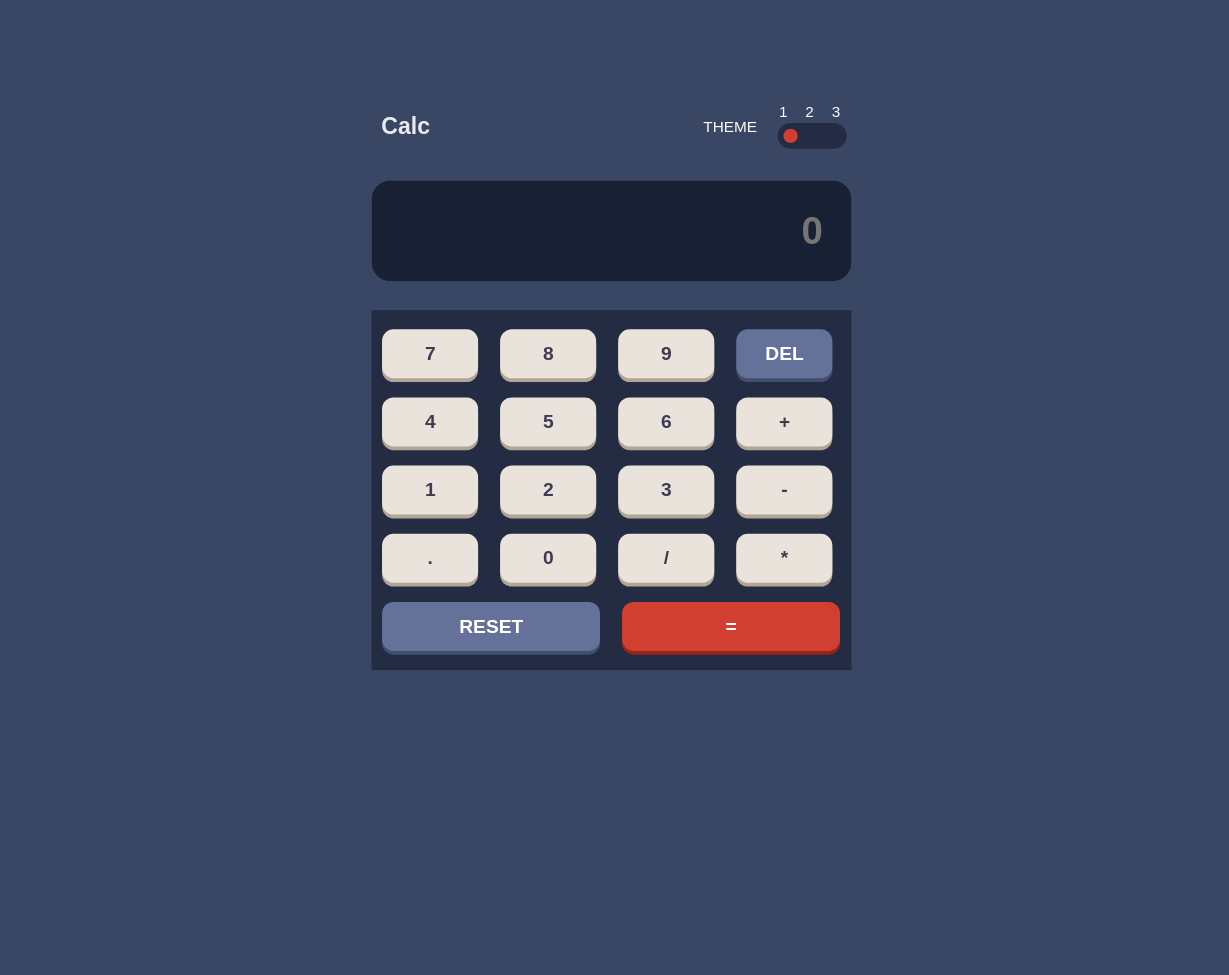
Repository: Bakyproit/Calcutor
Page: index.html
These files come from the project's save history. The page is drawn as it stood at one moment and after the next save; the edit follows.
The browser window is 1280 px wide. The pictures show the whole page, at 96% of full size.

Above is the page before, as saved 2022-02-11 16:45:27.

### index.html
<!DOCTYPE html>
<html lang="en">
<head>
    <meta charset="UTF-8">
    <meta http-equiv="X-UA-Compatible" content="IE=edge">
    <meta name="viewport" content="width=device-width, initial-scale=1.0">
    <title>SimpleCalculatorApp</title>
    <link rel="stylesheet" href="./App.css">

</head>
<body>
    <div class="container">
        <div class="app">
            <div class="app__title">
                <h1 class="app__title-name">Calc</h1>
                <div class="app__title-theme">
                    <p class="app__title-theme-name">THEME</p>
                    <div class="app__title-theme-box">
                        <div class="app__title-theme-box-number">
                            <span class="app__title-theme-box-number-1">1</span>
                            <span class="app__title-theme-box-number-2">2</span>
                            <span class="app__title-theme-box-number-3">3</span>
                        </div>
                        <div class="app__title-theme-box-toggle" >
                            <label for="toggle-input" class="toggle">
                                <input type="checkbox" id="toggle-input" class="toggle__checkbox">
                                <div class="toggle__bar" id="bgBar">
                                    <div class="toggle__spin"></div>
                                </div>
                            </label>
                        </div>
                    </div>
                </div>
            </div>

            <div class="app__result">
                <input type="text" class="app__result-output" placeholder="0" value="" id="result">
                <!-- <h1 class="app__result-number">399,981</h1> -->
            </div>

            <div class="app__content" id="newBack">
                <div class="app__content-number">
                    <div class="button" onclick="numShow('7')">
                        <span class="number">7</span>
                    </div>
                    <div class="button" onclick="numShow('8')">
                        <span class="number">8</span>
                    </div>
                    <div class="button" onclick="numShow('9')">
                        <span class="number">9</span>
                    </div>
                    <div class="button button-del" onclick="del()">
                        <span class="number number-del">DEL</span>
                    </div>

                    <div class="button" onclick="numShow('4')">
                        <span class="number">4</span>
                    </div>
                    <div class="button" onclick="numShow('5')">
                        <span class="number">5</span>
                    </div>
                    <div class="button" onclick="numShow('6')">
                        <span class="number">6</span>
                    </div>
                    <div class="button" onclick="numShow('+')">
                        <span class="number">+</span>
                    </div>

                    <div class="button" onclick="numShow('1')">
                        <span class="number">1</span>
                    </div>
                    <div class="button" onclick="numShow('2')">
                        <span class="number">2</span>
                    </div>
                    <div class="button" onclick="numShow('3')">
                        <span class="number">3</span>
                    </div>
                    <div class="button" onclick="numShow('-')">
                        <span class="number">-</span>
                    </div>

                    <div class="button" onclick="numShow('.')">
                        <span class="number">.</span>
                    </div>
                    <div class="button" onclick="numShow('0')">
                        <span class="number">0</span>
                    </div>
                    <div class="button" onclick="numShow('/')">
                        <span class="number">/</span>
                    </div>
                    <div class="button" onclick="numShow('*')">
                        <span class="number">*</span>
                    </div>

                    <div class="app__content-number-footer">
                        <div class="button button-reset" onclick="clearAll()">
                            <span class="number number-reset">RESET</span>
                        </div>
                        <div class="button button-return" onclick="calcutor()">
                            <span class="number number-return">=</span>
                        </div>
                    </div>
                </div>
            </div>
        </div>
    </div>

    <script src="./app.js"></script>
</body>
</html>

### App.css
html{
    font-family:Arial, Helvetica, sans-serif ;
    box-sizing: border-box;
    padding: 0;
    margin: 0;
}
h1{
    margin: 0;
}
body{
    background-color: hsl(222, 26%, 31%);
}

.container{
    width: 100%;
    min-height: 1000px;
    position: relative;
}
.app{
    width: 500px;
    position:absolute ;
    top:100px ;
    left:30%;

}
.app__title{
    display: flex;
    justify-content:space-between;

}
.app__title-name{
    color : #e9ebf0 ;
    font-size: 24px;
    padding: 10px;
}
.app__title-theme{
    display: flex;
}
.app__title-theme-name{
    color :20px ;
    color:#fcfeff ;
    margin-right: 16px;
}
.app__title-theme-box{
    display: flex;
    flex-direction: column;
    padding-right: 5px;
}
.app__title-theme-box-number{
    color : #f8ffff ;
}
.app__title-theme-box-number-1{
    padding: 0 7px;
}
.app__title-theme-box-number-2{
    padding: 0 7px;

}
.app__title-theme-box-number-3{
    padding: 0 7px;

}
.app__title-theme-box-toggle{
    padding-top: 2px;
    padding-left: 5px;
}
.toggle__checkbox{
    display: none;
}
.toggle__bar{
    width: 60px;
    height: 15px;
    background-color: hsl(223, 31%, 20%);
    border-radius: 5rem;
    /* transition: background-color 4s linear; */
    padding: 6px;
    cursor: pointer;
}
.toggle__spin{
    width: 15px;
    height: 15px;
    background-color:  hsl(6, 63%, 50%);
    border-radius: 15px;
    transition: transform .2s linear;
    cursor: pointer;
}
.toggle__checkbox:checked ~ .toggle__bar{
    background-color: #d3cdcd;
}
.toggle__checkbox:checked + .toggle__bar .toggle__spin {
    transform: translateX(1.3rem);
}


.app__result{
    margin:30px 0;
    border-radius: 20px;
    overflow: hidden;

}
.app__result-output{
    box-sizing: border-box;
    width: 500px;
    outline: none;
    border: none;
    background-color: hsl(224, 36%, 15%);
    color: rgb(248, 244, 244) ;
    font-weight: 700;
    text-align: end;
    padding: 30px;
    font-size: 40px;
}


.app__content{
    background-color:hsl(223, 31%, 20%);
}
.app__content-number{
    display: flex;
    flex-wrap: wrap;
}
.button{
    width: 20%;
    height: 51px;
    background-color: #eae3db;
    margin: 20px 12px 0 11px;
    display: flex;
    justify-content: center;
    align-items: center;
    border-radius: 12px ;
    box-shadow: 0px 4px #b2a594 ;
    cursor: pointer;
}
.number{
    color: #3d3b51;
    font-size: 20px;
    font-weight: 800;
}
.app__content-number-footer{
    margin-bottom: 20px;
    width: 100%;
    display: flex;

}
.button-reset{
    flex: 1 ;
}
.button-del ,
.button-reset{
    background-color: #647299 ;
    box-shadow: 0px 4px #414e70 ;
}
.button-return{
    flex: 1 ;
    background-color:  hsl(6, 63%, 50%) ;
    box-shadow: 0px 4px hsl(6, 70%, 34%) ;
}
.number-reset,
.number-return,
.number-del{
    color : #fff ;
    font-weight: 600;
}

### app.js

let result = document.getElementById("result") ;
function numShow(num){
    result.value += num ;
}
function clearAll(){
    result.value = "" ;
}
function del() {
    result.value = result.value.slice(0,-1);
    //
}
function calcutor(){
    let x = result.value ;
    let y = eval(x) ;
    result.value = y ;
}



const boxToggle = document.querySelector(".app__title-theme-box-toggle");
const newBack = document.querySelector("#newBack");

boxToggle.onclick = function() {
    newBack.style.background = "#d3cdcd" ;
};

After the next save:
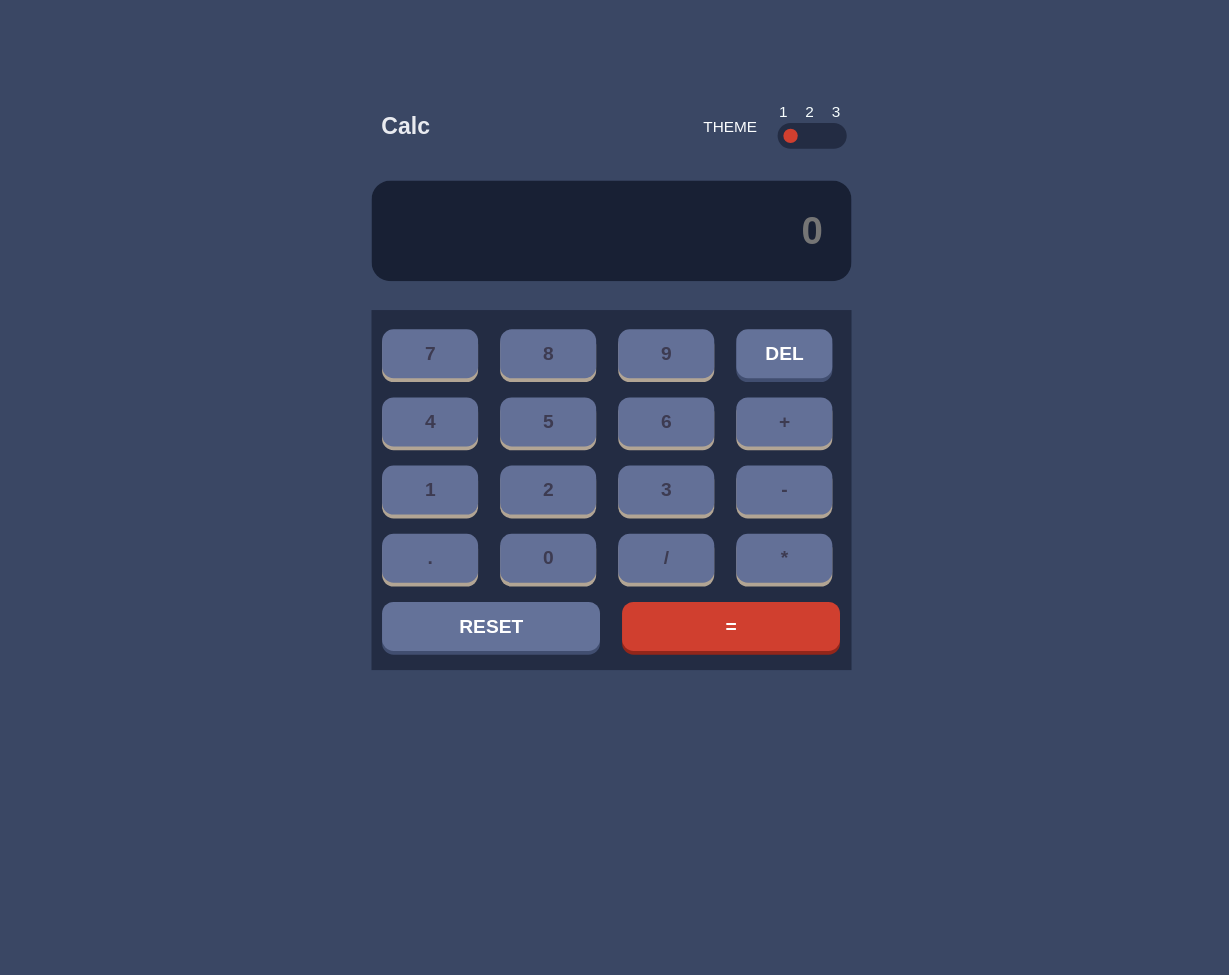
Saved 96 s later.
--- a/App.css
+++ b/App.css
@@ -122,7 +122,7 @@
 .button{
     width: 20%;
     height: 51px;
-    background-color: #eae3db;
+    background-color: hsl(225, 21%, 49%);
     margin: 20px 12px 0 11px;
     display: flex;
     justify-content: center;

After the save that followed:
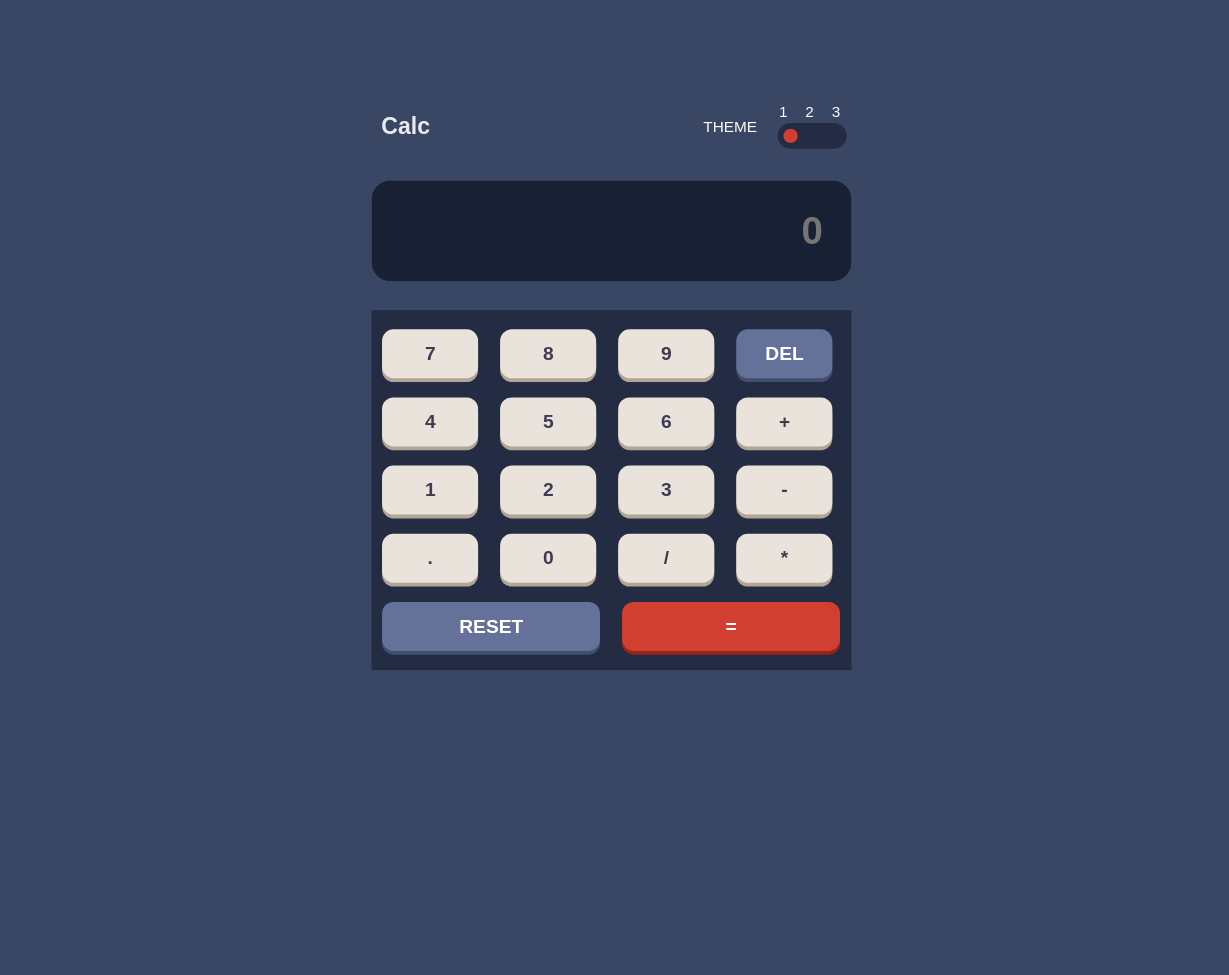
Saved 10 s later.
--- a/App.css
+++ b/App.css
@@ -122,7 +122,7 @@
 .button{
     width: 20%;
     height: 51px;
-    background-color: hsl(225, 21%, 49%);
+    background-color: #eae3db;
     margin: 20px 12px 0 11px;
     display: flex;
     justify-content: center;
